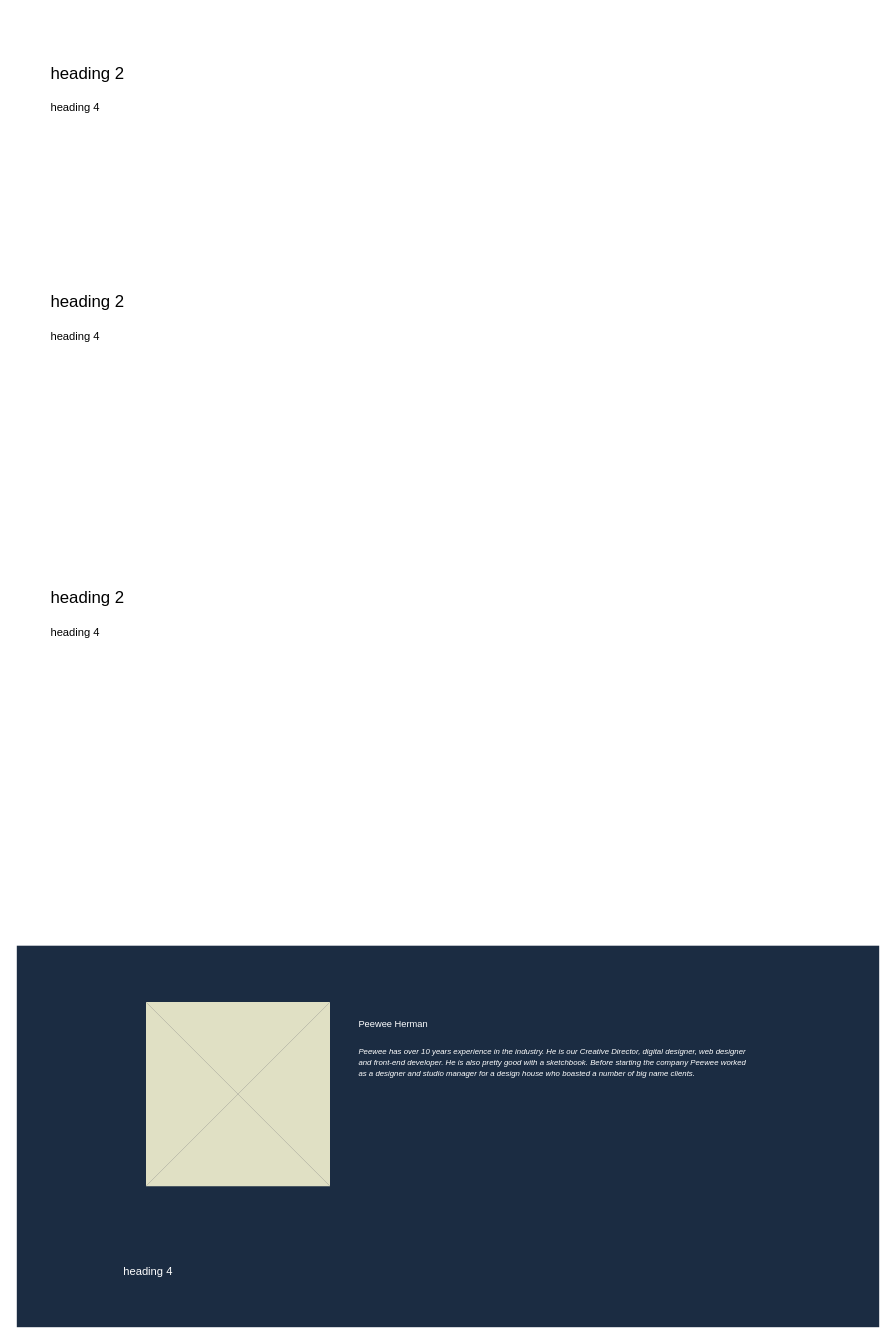
Repository: MonicaNguyenH/LAB-02A-Project1
Page: index.html
The author's editor kept a copy of each file at every save. The page is drawn from the files as they stood at one save, then again after the next save.
The browser window is 1280 px wide. The pictures show the part of the page from y = 930 to 2850 px (the page is 2850 px tall before and 2732 px after), at 70% of full size.

Above is the page before, as saved 2024-02-06 19:08:51.

### index.html
<!doctype html>
<html class="no-js" lang="EN">

    <head>
        <meta charset="utf-8">
        <meta name="viewport" content="width=device-width, initial-scale=1">
        <title>Jumi - Tina - Monica  LAB-02A</title>
        <link rel="stylesheet" href="css/style.css">
        <meta name="description" content="">

        <meta property="og:title" content="">
        <meta property="og:type" content="">
        <meta property="og:url" content="">
        <meta property="og:image" content="">

        <link rel="icon" href="/favicon.ico" sizes="any">
        <link rel="icon" href="/icon.svg" type="image/svg+xml">
        <link rel="apple-touch-icon" href="icon.png">

        <link rel="manifest" href="site.webmanifest">
        <meta name="theme-color" content="#fafafa">
    </head>
    <body>
            <div className="row">
                <header class="headerContainer">
                    <div class="navigationBar">
                        <div class="logo"></div>
                        <div class="menuContainer">
                            <div class="menuComponent"></div>
                            <div class="menuComponent"></div>
                            <div class="menuComponent"></div>
                            <div class="menuComponent"></div>
                            <div class="menuComponent"></div>
                    </div>
                    <div class="carouselContainer"></div>
            </header>
            <main class="mainContainer">
                <div class="headingContainer">
                    <h1 class="headingOne">heading 1</h1>
                </div>
                <!--can be called serviceContainer-->
                <div class="infoContainer">
                    <div class="infoTitle">
                        <h2 class="headingTwo">heading 2</h2> <!--section intro heading-->
                        <h4 class="headingFour">heading 4</h4> <!--section intro subheading-->
                    </div>
                    <!--can be called sectionItem-->
                    <div class="infoBox"></div>
                    <div class="infoBox"></div>
                    <div class="infoBox"></div>
                    <div class="infoBox"></div>
                </div>
                <div class="imageContainer">
                    <div class="imageTitle">
                        <h2 class="headingTwo">heading 2</h2>
                        <h4 class="headingFour">heading 4</h4>
                    </div>
                    <div class="imageBox"></div>
                    <div class="imageBox"></div>
                    <div class="imageBox"></div>
                </div>
                <div class="projectContainer">
                    <div class="projectTitle">
                        <h2 class="headingTwo">heading 2</h2>
                        <h4 class="headingFour">heading 4</h4>
                    </div>
                    <div class="projectBox"></div>
                    <div class="projectBox"></div>
                    <div class="projectBox"></div>
                    <div class="projectBox"></div>
                    <div class="projectBox"></div>
                </div>
                <div class="accordionContainer">
                    <div class="accordionTitle">
                        <h2 class="headingTwo">heading 2</h2>
                        <h4 class="headingFour">heading 4</h4>
                    </div>
                    <div class="accordionMenu"></div>
                    <div class="accordionTab"></div>
                </div>
                <div class="sponsorshipContainer ">
                    <div class="sponsor"></div>
                    <div class="sponsor"></div>
                    <div class="sponsor"></div>
                    <div class="sponsor"></div>
                    <div class="sponsor"></div>
                </div>
            </main>
            <footer class="footerContainer">
                <div class="row s-col-1 m-col-2 l-col-4">
                    <div class="col row-span">
                        <div class="grid s-col-2 m-col-2-1 l-col-2-1">
                            <div class="col">
                                <img src="img/placeholder.svg" alt="placeholder image"/>
                            </div>
                            <div class="col">
                                <h5 class="headingFive">Peewee Herman</h5>
                                <p>Peewee has over 10 years experience in the industry. He is our Creative Director, digital designer, web designer and front-end developer. He is also pretty good with a sketchbook. Before starting the company Peewee worked as a designer and studio manager for a design house who boasted a number of big name clients.</p>
                            </div>
                        </div>
                    </div>
                    <div class="footerBox">
                        <h4 class="headingFour">heading 4</h4>
                    </div>
                    <div class="footerBox"></div>
                    <div class="footerBox"></div>
                    <div class="footerBox"></div>
                </div>
            </footer>
        </div>
    </body>


</html>

<!--
    - BEM
    - use instead of articleContainer - article
    - aricleItem
    - carouselSlide
    - never number stuff
    - naming convention is to reuse them as much as possible
    - dry - dont repeat yourself
    - avoid using straight width - height

-->

### css/style.css
:root {
    font-size: 1em;
    line-height: 1.4;
    color: var(--black);
    font-family: Helvetica, sans-serif;

    --dark-blue: #1B2C42;
    --white: #fff;
    --black: black;
    --blue: #56CBF9;
    --green: #ACECA1;
    --yellow: #F5D491;
    --pink: #F17EA6;
 }

audio,
canvas,
iframe,
img,
svg,
video {
    vertical-align: middle;
}

fieldset {
    border: 0;
    margin: 0;
    padding: 0;
}

textarea {
    resize: vertical;
}

img {
    width: 100%;
}

h1,
h2,
h3,
h4,
h5,
h6 {
    font-family: Arial, Helvetica, sans-serif;
    font-weight: 300;
}

p {
    font-family: Arial, Helvetica, sans-serif;
}

div,
main,
section,
footer,
header {
    min-height: 1rem;
    padding: 1rem;
}

/**core layout**/
.row {
    display: grid;
    row-gap: 1rem;
    margin: auto;
}

.col {
    position: relative;
}

/********************STYLING********************/
.footerContainer {
    background-color: var(--dark-blue);
    color: var(--white);
}

.row-span {
    grid-column-start: 1;
    grid-column-end: -1;
}


.grid {
    display: grid;
    column-gap: 0.5rem;
    row-gap: 0.5rem;
}

/* Small only */
@media screen and (max-width: 39.9375em) {
    .row {
        margin: auto;
        max-width: 60rem;
        column-gap: 1.5rem;
        row-gap: 1.5rem;
    }

    .s-col-1 {
        grid-template-columns: 1fr;
    }

    .s-col-2 {
        grid-template-columns: 1fr 1fr;
    }

    .col-2 {
        grid-template-columns: 1fr 1fr;
    }


    p {
        font-size: 0.6em;
        font-style: italic;
    }
}
/* Medium and up */
@media screen and (min-width: 40em) {
    .row {
        margin: auto;
        max-width: 30rem;
        column-gap: 1.5rem;
        row-gap: 1.5rem;
    }

    .m-col-2 {
        grid-template-columns: 1fr 1fr;
    }

    .m-col-2-1 {
        grid-template-columns: 0.2fr 1fr;
    }

    p {
        font-size: 0.5em;
        font-style: italic;
    }

}
/* Medium only */
@media screen and (min-width: 40em) and
(max-width: 63.9375em) {

}
/* Large and up */
@media screen and (min-width: 64em) {
    .row{
        margin: auto;
        max-width: 60rem;
        column-gap: 1.5rem;
        row-gap: 1.5rem;
    }

    .l-col-4 {
        grid-template-columns: repeat(4, 1fr);
    }

    .l-col-2-1 {
        grid-template-columns: 0.5fr 1fr;
    }

    p {
        font-size: 0.7em;
        font-style: italic;
    }
}
/* Large only */
@media screen and (min-width: 64em) and
(max-width: 74.9375em) {
}

After the next save:
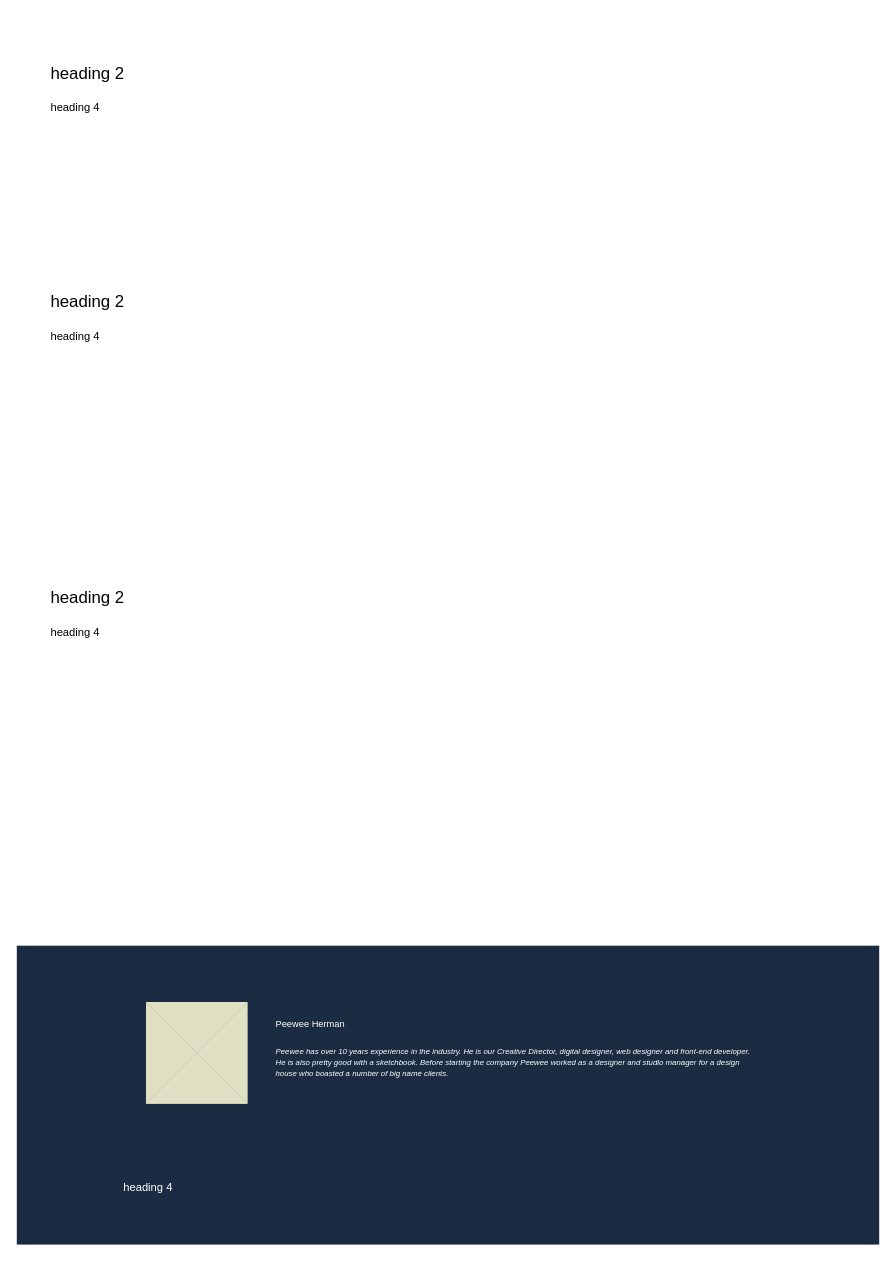
Saved 5 s later.
--- a/css/style.css
+++ b/css/style.css
@@ -157,7 +157,7 @@
     }
 
     .l-col-2-1 {
-        grid-template-columns: 0.5fr 1fr;
+        grid-template-columns: 0.25fr 1fr;
     }
 
     p {
